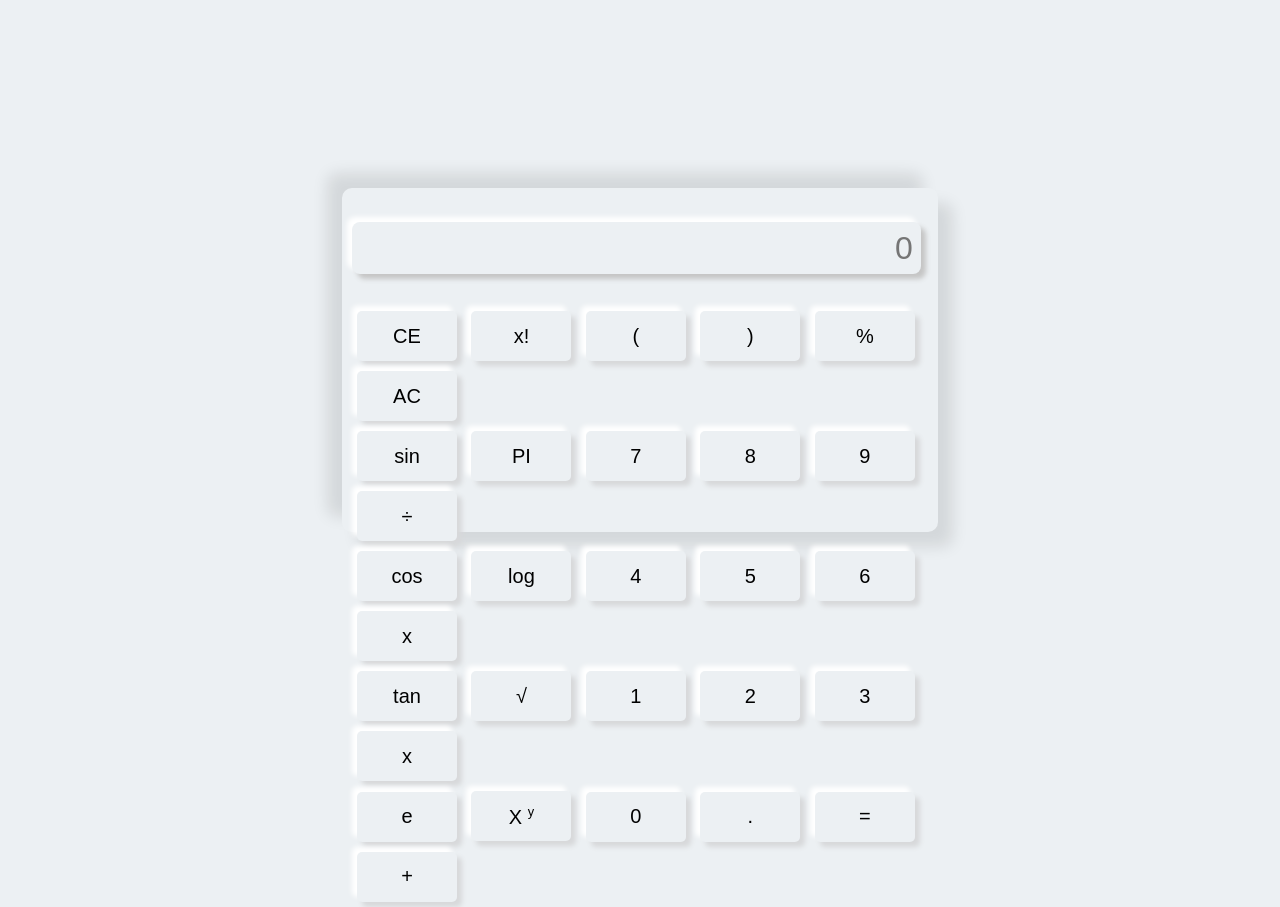
Repository: Haakim19/Scientific-Calculator
Page: intex.html
The author's editor kept a copy of each file at every save. The page is drawn from the files as they stood at one save, then again after the next save.
The browser window is 1280 px wide. The pictures show the whole page.

Above is the page before, as saved 2024-10-27 13:55:42.

After the next save:
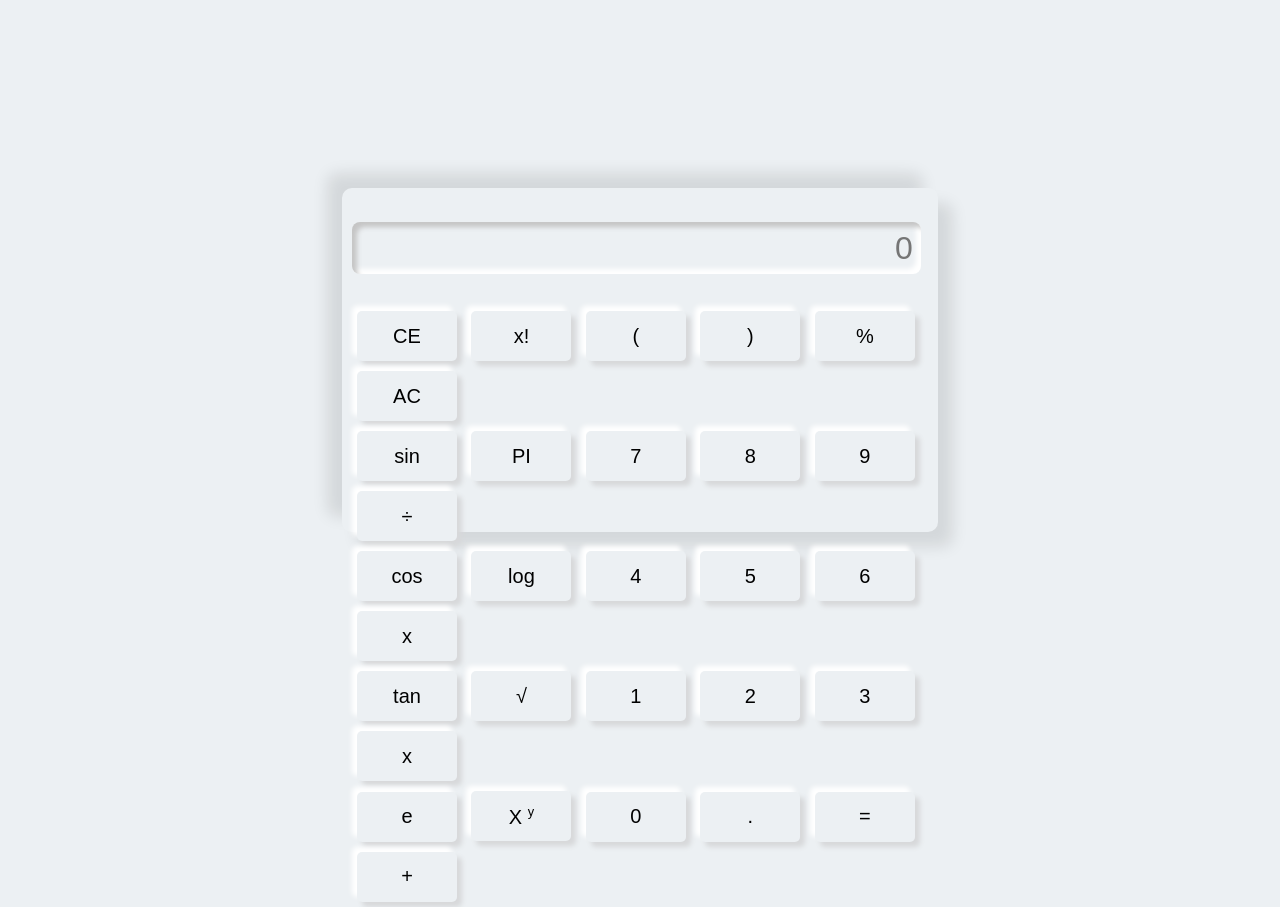
Saved 40 s later.
--- a/Style.css
+++ b/Style.css
@@ -46,8 +46,8 @@ body{
     background:#ecf0f3;
     display: flex;
     flex-direction: column;
-    box-shadow: 5px 5px 5px #c5c5c5,
-                -5px -5px 5px #ffffff;
+    box-shadow: inset 5px 5px 5px #c5c5c5,
+                inset -5px -5px 5px #ffffff;
 }
 
 .btns {
